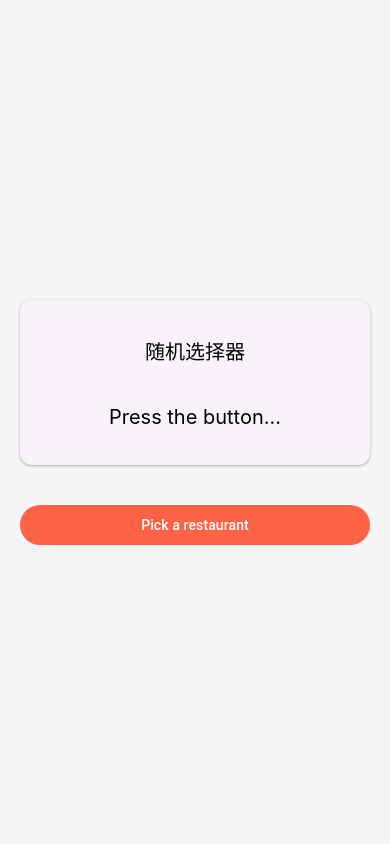
Repository: RidenShogunei/react-native-liveapp
Page: /Res (app in LiveTool/)
An editor plug-in stored every save of this project. The page is shown before and after the next save, followed by the edit.
The browser window is 390 px wide. The pictures show the whole page.
The page's requests for data from a server got no answer. The app was drawn by React Native's web renderer in a window 390 px wide. The project was rebuilt for these pictures with package versions that can differ from the ones it lists, and the page was loaded fresh each time. No one was signed in, and anything a server would have sent is missing.

Above is the page before, as saved 2024-05-12 12:50:27.

### LiveTool/App.tsx
import React from 'react';
import {NavigationContainer} from '@react-navigation/native';
import {createStackNavigator} from '@react-navigation/stack';
import MainPage from './pages/mian';
import {PaperProvider} from 'react-native-paper';
import {MD3LightTheme as DefaultTheme} from 'react-native-paper';
import Res from './pages/chooseRestaurant';
// 创建一个 Stack Navigator
const Stack = createStackNavigator();
const theme = {
  ...DefaultTheme,
  colors: {
    ...DefaultTheme.colors,
    primary: 'tomato',
    secondary: 'yellow',
  },
};
function App() {
  return (
    <PaperProvider theme={theme}>
      <NavigationContainer>
        <Stack.Navigator initialRouteName="Main">
          <Stack.Screen
            name="Main"
            component={MainPage}
            options={{headerShown: false}}
          />
          <Stack.Screen
            name="Res"
            component={Res}
            options={{headerShown: false}}
          />
        </Stack.Navigator>
      </NavigationContainer>
    </PaperProvider>
  );
}

export default App;

### LiveTool/pages/mian.tsx
import React, {useState, useEffect} from 'react';
import {View, Text, ScrollView, Dimensions, StyleSheet} from 'react-native';
import {Card, Button} from 'react-native-paper';
import {Picker} from '@react-native-picker/picker';
const {width: viewportWidth} = Dimensions.get('window');

function MainPage({ navigation }) {
  const [weather, setWeather] = useState(null);
  const [city, setCity] = useState(101010100);
  useEffect(() => {
    fetch(
      `https://devapi.qweather.com/v7/weather/now?location=${city}&key=acfa15e64b854efcb254f98a8b29568e`,
    )
      .then(response => {
        console.log('Response status:', response.status);
        return response.json();
      })
      .then(data => {
        console.log('Weather data:', data);
        setWeather(data);
      })
      .catch(error => {
        console.error('Error fetching weather data:', error);
      });
  }, [city]);

  return (
    <ScrollView contentContainerStyle={{flexGrow: 1}}>
      <ScrollView
        horizontal
        pagingEnabled
        showsHorizontalScrollIndicator={false}
        contentContainerStyle={{
          alignItems: 'center',
          justifyContent: 'center',
        }}>
        {weather && (
          <Card style={{width: viewportWidth}}>
            <Card.Content>
              <Text style={styles.text}>实时天气</Text>
              <Picker
                selectedValue={city}
                style={{
                  height: 50,
                  width: 120,
                  borderWidth: 1,
                  borderColor: '#000',
                  shadowColor: '#000',
                  shadowOffset: {width: 0, height: 2},
                  shadowOpacity: 0.8,
                  shadowRadius: 2,
                  elevation: 1,
                }}
                onValueChange={(itemValue, itemIndex) => setCity(itemValue)}>
                <Picker.Item label="北京" value="101010100" />
                <Picker.Item label="上海" value="101020100" />
                <Picker.Item label="嘉定" value="101020500" />
                {/* 更多城市省略... */}
              </Picker>
              <Text>{`Temperature: ${weather.now.temp}度`}</Text>
              <Text>{`Feels Like: ${weather.now.feelsLike}度`}</Text>
              <Text>{`Weather: ${weather.now.text}`}</Text>
              <Text>{`Wind Direction: ${weather.now.windDir}`}</Text>
              <Text>{`Wind Scale: ${weather.now.windScale}级`}</Text>
            </Card.Content>
          </Card>
        )}
      </ScrollView>

      <View>
        <Card style={{margin: 10}}>
          <Card.Content>
            <Text style={styles.text}>选餐馆{'\n'}</Text>
            <Button
              mode="contained"
              onPress={() => navigation.navigate('Res')}>
              Press me
            </Button>
          </Card.Content>
        </Card>
        <Card style={{margin: 10}}>
          <Card.Content>
            <Text style={styles.text}>Card content{'\n'}</Text>
            <Button
              mode="contained"
              onPress={() => console.log('Button pressed')}>
              Press me
            </Button>
          </Card.Content>
        </Card>
        <Card style={{margin: 10}}>
          <Card.Content>
            <Text style={styles.text}>More card content{'\n'}</Text>
            <Button
              mode="contained"
              onPress={() => console.log('Another button pressed')}>
              Press me
            </Button>
          </Card.Content>
        </Card>
        {/* 更多的 Card... */}
      </View>
    </ScrollView>
  );
}
const styles = StyleSheet.create({
  container: {
    flex: 1,
    backgroundColor: '#fff',
    alignItems: 'center',
    justifyContent: 'center',
  },
  text: {
    textAlign: 'center',
    fontSize: 20,
  },
});
export default MainPage;

### LiveTool/pages/chooseRestaurant.tsx
import React, { useState } from 'react';
import { View, Text, StyleSheet } from 'react-native';
import { Button, Card } from 'react-native-paper';

const RestaurantPicker = () => {
  const [selectedRestaurant, setSelectedRestaurant] = useState("Press the button...");
  const restaurants = ["KFC", "MacDonalds", "Burger King", "Pizza Hut", "Taco Bell", "Subway", "Starbucks", "Domino's"];

  const selectRestaurant = () => {
    let index = 0;
    const intervalId = setInterval(() => {
      setSelectedRestaurant(restaurants[index]);
      index = index === restaurants.length - 1 ? 0 : index + 1;
    }, 100);

    setTimeout(() => clearInterval(intervalId), 2000); // after 2 seconds, the name will stop changing
  };

  return (
    <View style={styles.container}>
      <Card style={styles.card}>
        <Card.Content>
        <Text style={styles.text}>随机选择器</Text>
          <Text style={styles.text}>{selectedRestaurant}</Text>
        </Card.Content>
      </Card>
      <Button mode="contained" onPress={selectRestaurant} style={styles.button}>
        Pick a restaurant
      </Button>
    </View>
  );
};

const styles = StyleSheet.create({
  container: {
    flex: 1,
    justifyContent: 'center',
    paddingHorizontal: 20,
    backgroundColor: '#f5f5f5',
  },
  text: {
    fontSize: 20,
    textAlign: 'center',
    marginVertical: 20,
  },
  card: {
    marginBottom: 20,
  },
  button: {
    marginTop: 20,
  },
});

export default RestaurantPicker;

After the next save:
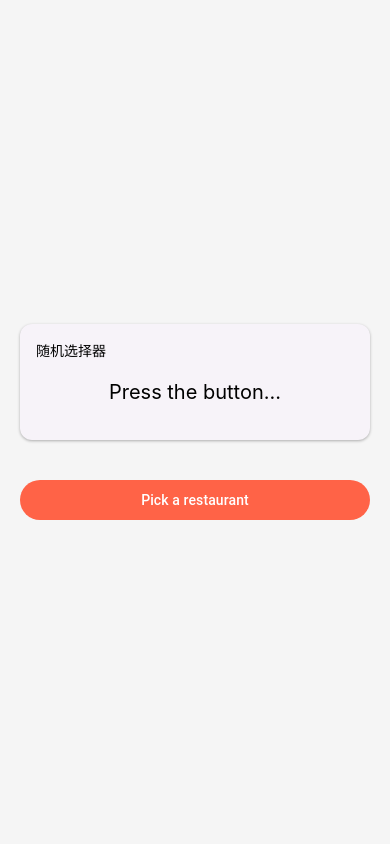
Saved 8 s later.
--- a/LiveTool/pages/chooseRestaurant.tsx
+++ b/LiveTool/pages/chooseRestaurant.tsx
@@ -20,7 +20,7 @@
     <View style={styles.container}>
       <Card style={styles.card}>
         <Card.Content>
-        <Text style={styles.text}>随机选择器</Text>
+        <Text style={{}}>随机选择器</Text>
           <Text style={styles.text}>{selectedRestaurant}</Text>
         </Card.Content>
       </Card>

After the 2 saves that followed:
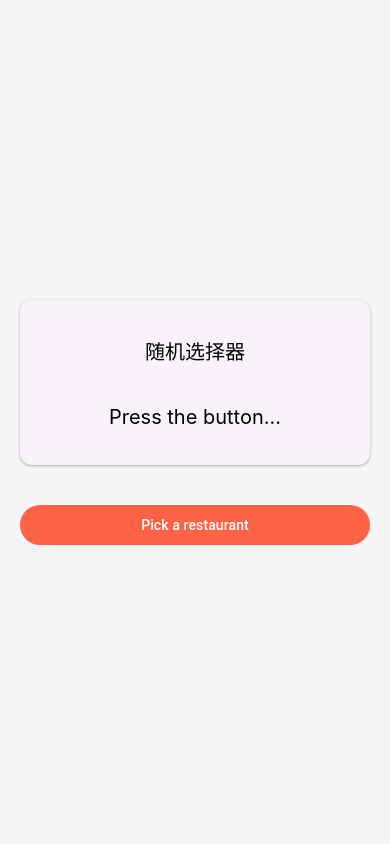
The 2 saves are shown as one change because they came seconds apart.
The last was saved 10 s later.
--- a/LiveTool/pages/chooseRestaurant.tsx
+++ b/LiveTool/pages/chooseRestaurant.tsx
@@ -1,10 +1,21 @@
-import React, { useState } from 'react';
-import { View, Text, StyleSheet } from 'react-native';
-import { Button, Card } from 'react-native-paper';
+import React, {useState} from 'react';
+import {View, Text, StyleSheet} from 'react-native';
+import {Button, Card} from 'react-native-paper';
 
 const RestaurantPicker = () => {
-  const [selectedRestaurant, setSelectedRestaurant] = useState("Press the button...");
-  const restaurants = ["KFC", "MacDonalds", "Burger King", "Pizza Hut", "Taco Bell", "Subway", "Starbucks", "Domino's"];
+  const [selectedRestaurant, setSelectedRestaurant] = useState(
+    'Press the button...',
+  );
+  const restaurants = [
+    'KFC',
+    'MacDonalds',
+    'Burger King',
+    'Pizza Hut',
+    'Taco Bell',
+    'Subway',
+    'Starbucks',
+    "Domino's",
+  ];
 
   const selectRestaurant = () => {
     let index = 0;
@@ -20,7 +31,9 @@
     <View style={styles.container}>
       <Card style={styles.card}>
         <Card.Content>
-        <Text style={{}}>随机选择器</Text>
+          <Text style={{fontSize: 20, textAlign: 'center', marginVertical: 20}}>
+            随机选择器
+          </Text>
           <Text style={styles.text}>{selectedRestaurant}</Text>
         </Card.Content>
       </Card>
